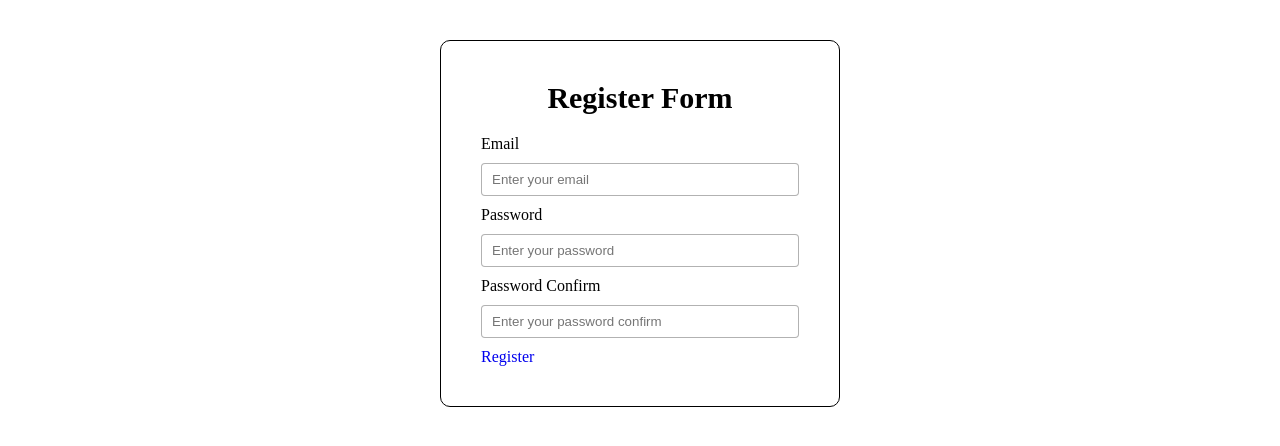
Repository: nptg3105/Register-form
Page: index.html
These files come from the project's save history. The page is drawn as it stood at one moment and after the next save; the edit follows.
The browser window is 1280 px wide. The pictures show the whole page.
Some web libraries are served in a nearby version.

Above is the page before, as saved 2022-01-05 21:57:34.

### index.html
<!DOCTYPE html>
<html lang="en">
  <head>
    <meta charset="UTF-8" />
    <meta http-equiv="X-UA-Compatible" content="IE=edge" />
    <meta name="viewport" content="width=device-width, initial-scale=1.0" />
    <title>Document</title>
    <link rel="stylesheet" href="style.css" />
  </head>
  <body>
    <div id="register-form"></div>

    <script
      src="https://unpkg.com/react@17/umd/react.production.min.js"
      crossorigin
    ></script>
    <script
      src="https://unpkg.com/react-dom@17/umd/react-dom.production.min.js"
      crossorigin
    ></script>
    <script src="https://unpkg.com/babel-standalone@6/babel.min.js"></script>
    <script type="text/babel" src="main.js"></script>
  </body>
</html>

### style.css
* {
  box-sizing: border-box;
  margin: 0;
  padding: 0;
}
.register {
  background-color: #fff;
  max-width: 400px;
  margin: 40px auto;
  padding: 40px;
  border: 1px solid #000;
  border-radius: 10px;
}
.title {
  text-align: center;
  font-weight: bold;
  font-size: 30px;
  margin-bottom: 20px;
}
#email,
#password,
#password-confirm {
  margin: 10px 0;
  width: 100%;
  padding: 8px 50px 8px 10px;
  border-radius: 4px;
  border: 1px solid rgba(0, 0, 0, 0.3);
}
.btn {
  text-decoration: none;
}

### main.js
const registerForm = document.querySelector("#register-form");
const form = (
  <div className="register">
    <h2 className="title">Register Form</h2>
    <form>
      <label for="email">Email</label>
      <br />
      <input
        placeholder="Enter your email"
        type="email"
        id="email"
        name="mail"
      />
      <br />
      <label for="password">Password</label>
      <br />
      <input
        placeholder="Enter your password"
        type="password"
        id="password"
        name="pass"
      />
      <br />
      <label for="password-confirm">Password Confirm</label>
      <br />
      <input
        placeholder="Enter your password confirm"
        type="password"
        id="password-confirm"
        name="pass-confirm"
      />
    </form>
    <a href="#" className="btn">
      Register
    </a>
  </div>
);
ReactDOM.render(form, registerForm);

After the next save:
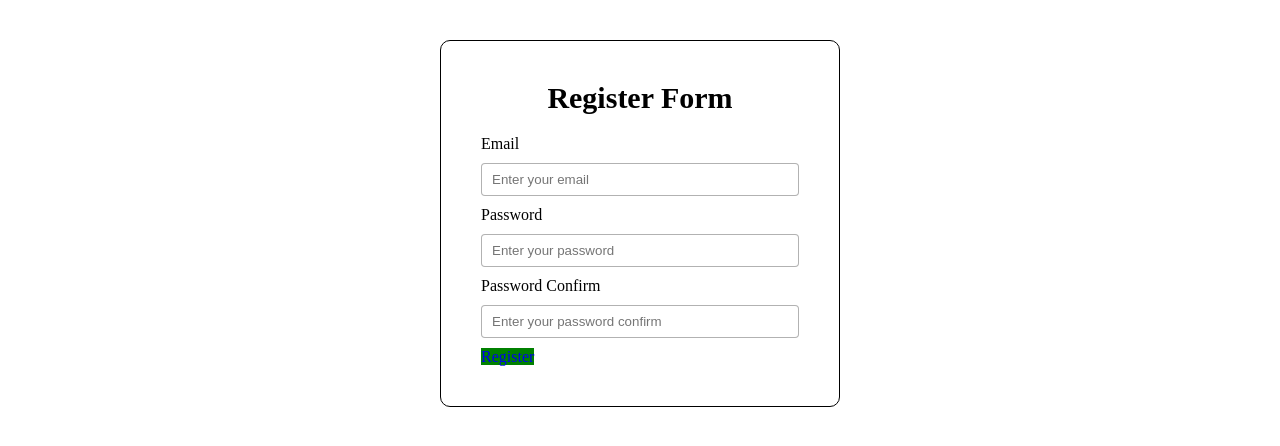
Saved 22 s later.
--- a/style.css
+++ b/style.css
@@ -28,4 +28,5 @@
 }
 .btn {
   text-decoration: none;
+  background-color: #008000;
 }
